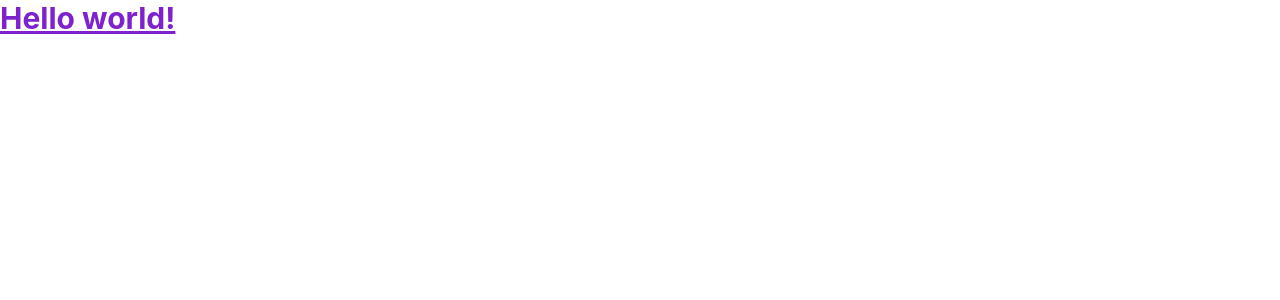
Repository: sevilgenysf/my-project
Page: /
These files come from the project's save history. The page is drawn as it stood at one moment and after the next save; the edit follows.
The browser window is 1280 px wide. The pictures show the whole page.
The project was rebuilt for these pictures with package versions that can differ from the ones it lists, and the page was loaded fresh each time. The framework's server and built-in components were replaced by stand-ins that run in the browser. Also part of the build but not shown: next.config.js.

Above is the page before, as saved 2022-11-15 09:55:11.

### pages/index.js
export default function Home() {
	return (
		<h1 className="text-3xl font-bold underline text-purple-700">
			Hello world!
		</h1>
	);
}

### tailwind.config.js
/** @type {import('tailwindcss').Config} */
module.exports = {
	content: [
		'./app/**/*.{js,ts,jsx,tsx}',
		'./pages/**/*.{js,ts,jsx,tsx}',
		'./components/**/*.{js,ts,jsx,tsx}'
	],
	theme: {
		extend: {}
	},
	plugins: []
};

Loaded but not shown: pages/_app.js (common file); styles/globals.css (common file)

After the next save:
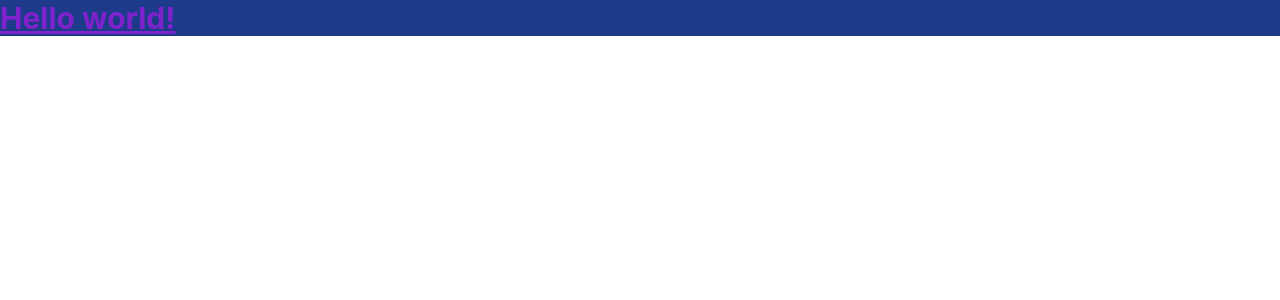
Saved 12 s later.
--- a/pages/index.js
+++ b/pages/index.js
@@ -1,6 +1,6 @@
 export default function Home() {
 	return (
-		<h1 className="text-3xl font-bold underline text-purple-700">
+		<h1 className="text-3xl font-bold underline text-purple-700 bg-blue-900">
 			Hello world!
 		</h1>
 	);
